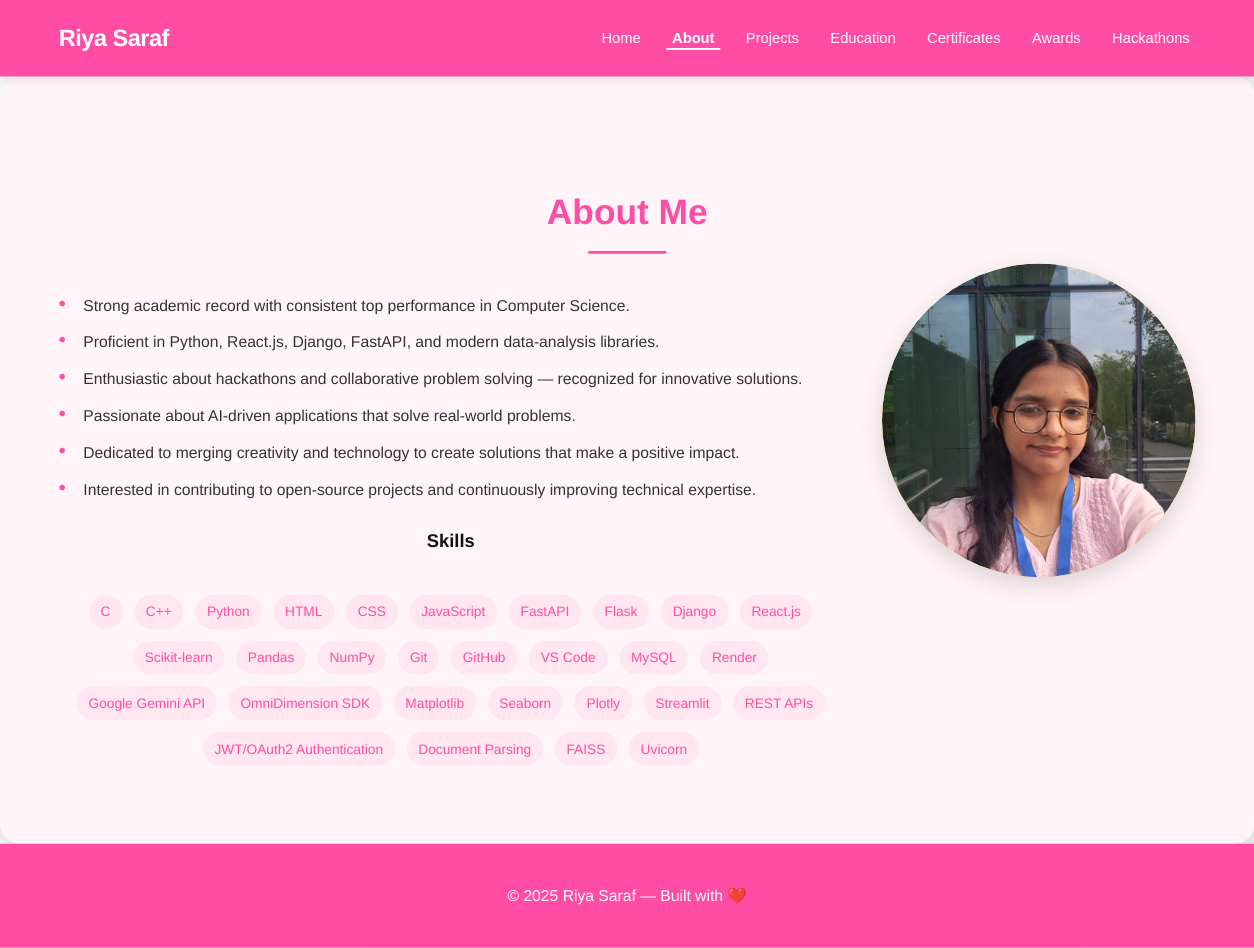
Repository: riyaaaa19/riya-portfolio
Page: /, after clicking the first element matching `nav > :nth-child(2)`
The author's editor kept a copy of each file at every save. The page is drawn from the files as they stood at one save, then again after the next save.
The browser window is 1280 px wide. The pictures show the whole page, at 98% of full size.
The project was rebuilt for these pictures with package versions that can differ from the ones it lists, and the page was loaded fresh each time. Also part of the build but not shown: src/components/TimelineCard.js.

Above is the page before, as saved 2025-09-14 15:53:46.

After the next save:
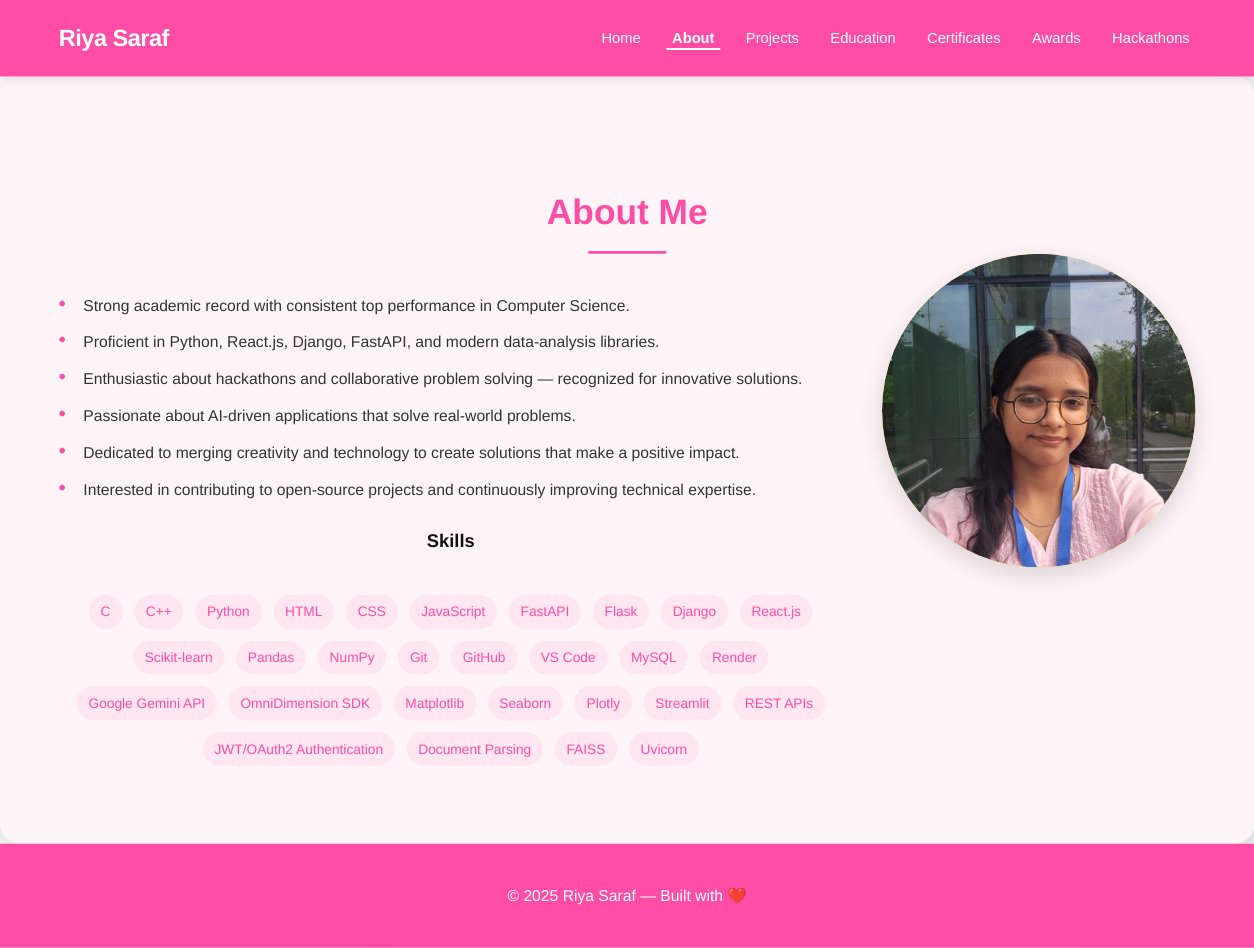
Saved 15 s later.
--- a/src/styles.css
+++ b/src/styles.css
@@ -487,7 +487,7 @@ footer {
     display: flex;   /* enable flexbox */
     justify-content: center;
     align-items: center; /* vertically center with the points */
-    margin-top: -30px;
+    margin-top: -40px;
 }
 
 .about-img .avatar-circle {
